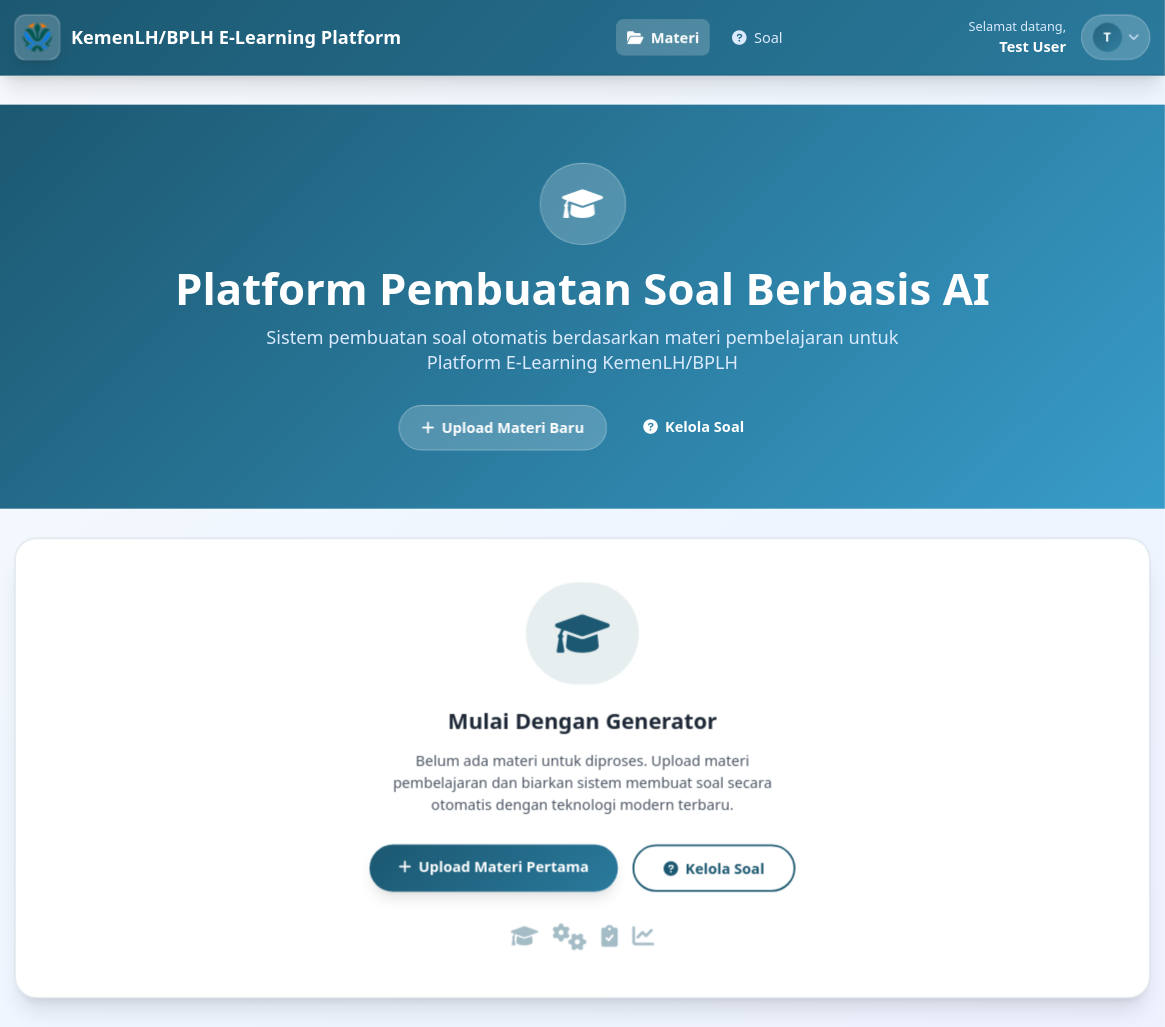
Repository: Autofat/LMS-MOOC
Page: http://localhost/materials
These files come from the project's save history. The page is drawn as it stood at one moment and after a run of saves; the edit follows.
The browser window is 1280 px wide. The pictures show the whole page, at 91% of full size.
Some web libraries are served in a nearby version. The page is served by the project's Laravel application, run on PHP 8.4 with Laravel 12. A made-up administrator, Test User (test@example.com), is signed in. Queries for data that is not in the repository find no rows.

Above is the page before, as saved 2025-08-01 14:25:35.

After the next 2 saves:
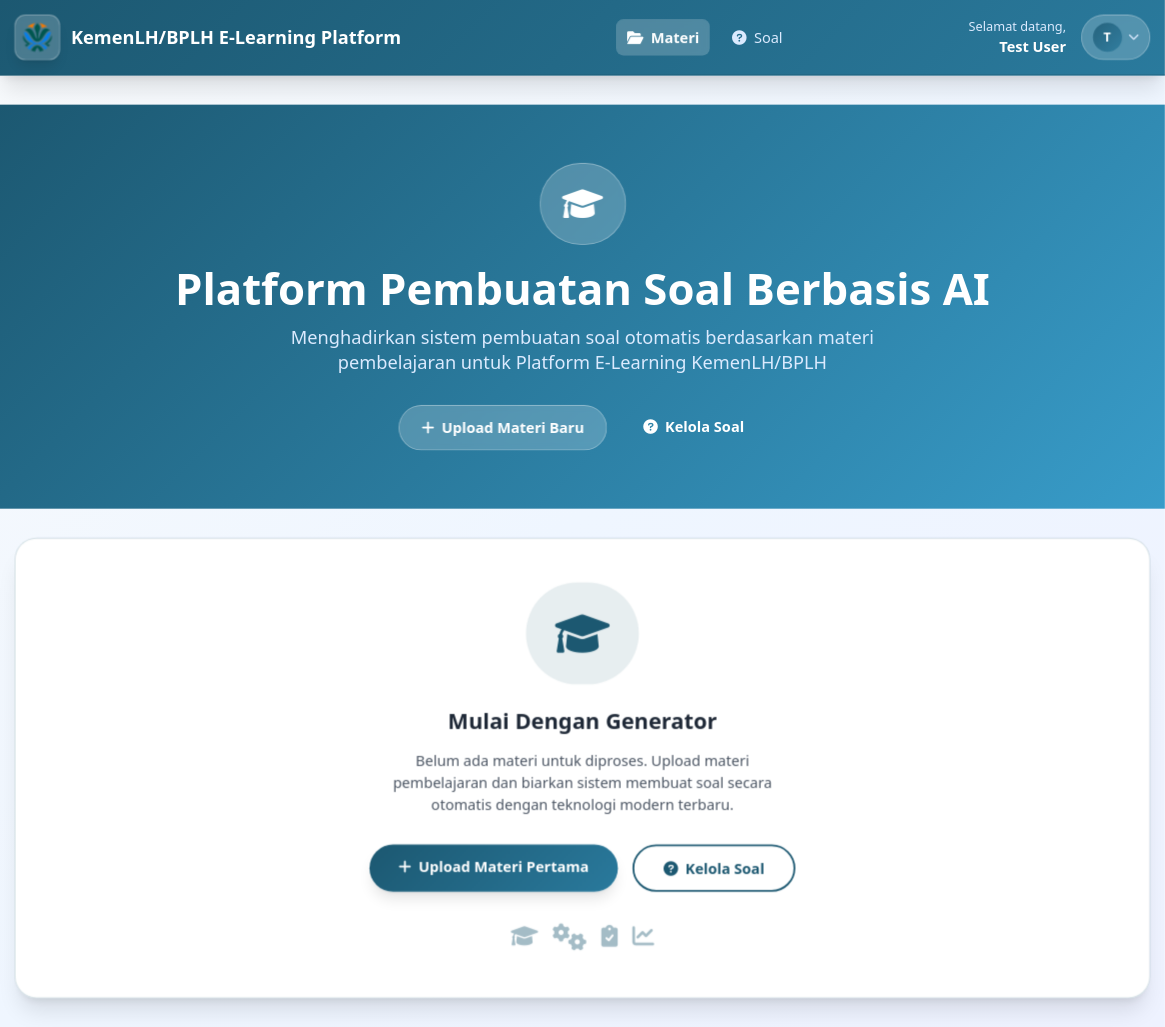
The 2 saves are shown as one change because they came seconds apart.
The last was saved 48 s later.
--- a/resources/views/materials/index.blade.php
+++ b/resources/views/materials/index.blade.php
@@ -34,7 +34,7 @@
                     Platform Pembuatan Soal Berbasis AI
                 </h1>
                 <p class="text-xl text-blue-100 mb-8 max-w-3xl mx-auto">
-                    Sistem pembuatan soal otomatis berdasarkan materi pembelajaran untuk Platform E-Learning KemenLH/BPLH
+                    Menghadirkan sistem pembuatan soal otomatis berdasarkan materi pembelajaran untuk Platform E-Learning KemenLH/BPLH
                 </p>
                 <div class="flex flex-col sm:flex-row gap-4 justify-center">
                     <a href="{{ route('materials.create') }}"
